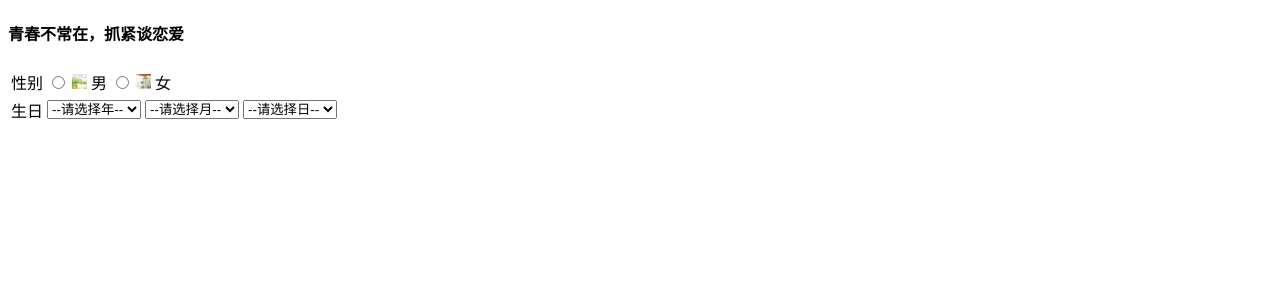
Repository: zhengdeya/web-based
Page: 10-注册页面.html
An editor plug-in stored every save of this project. The page is shown before and after the next save, followed by the edit.
The browser window is 1280 px wide. The pictures show the whole page.

Above is the page before, as saved 2021-03-25 11:44:03.

After the next save:
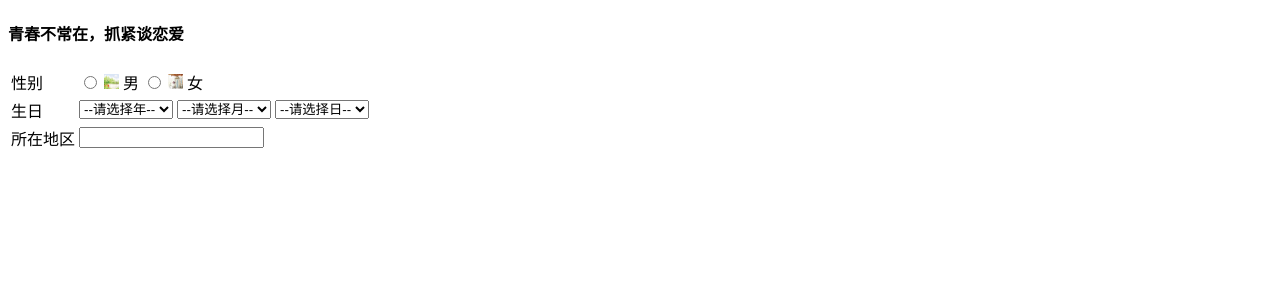
Saved 117 s later.
--- a/10-注册页面.html
+++ b/10-注册页面.html
@@ -24,7 +24,6 @@
                         女
                     </label>
                 </td>
-
             </tr>
             <tr>
                 <td>生日</td>
@@ -66,6 +65,13 @@
                     </select>
                 </td>
             </tr>
+            <tr>
+                <td>所在地区</td>
+                <td>
+                    <input type="text" width="100px">
+                </td>
+            </tr>
+
         </table>
     </div>
 </body>
